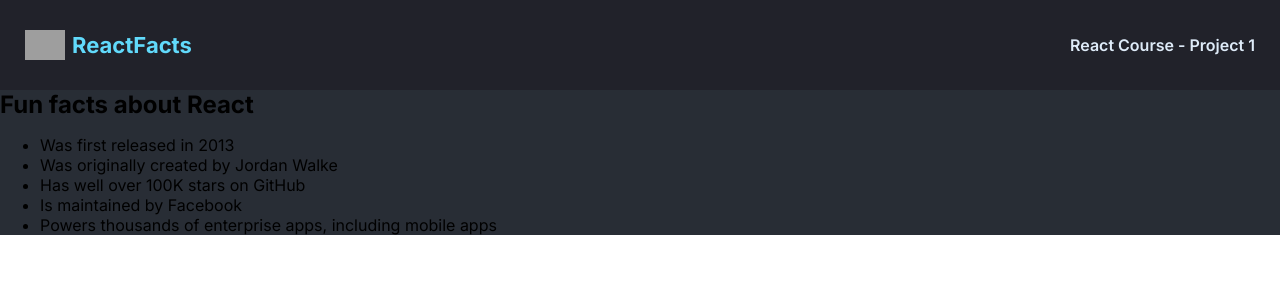
Repository: evemcd/scrimba-react2
Page: / (app in vite-react/)
An editor plug-in stored every save of this project. The page is shown before and after the next save, followed by the edit.
The browser window is 1280 px wide. The pictures show the whole page.
Pictures or frames that could not be fetched are drawn as grey boxes. The project was rebuilt for these pictures with package versions that can differ from the ones it lists, and the page was loaded fresh each time. Also part of the build but not shown: vite-react/vite.config.js.

Above is the page before, as saved 2023-08-04 12:02:24.

### vite-react/index.html
<!doctype html>
<html lang="en">

<head>
  <meta charset="UTF-8" />
  <meta name="viewport" content="width=device-width, initial-scale=1.0" />
  <link rel="preconnect" href="https://fonts.googleapis.com">
  <link rel="preconnect" href="https://fonts.gstatic.com" crossorigin>
  <link
    href="https://fonts.googleapis.com/css2?family=Inter:wght@400;600;700&family=Roboto+Condensed:wght@300;400;700&family=Roboto:ital,wght@0,400;0,700;0,900;1,300&display=swap"
    rel="stylesheet">
  <link rel="stylesheet" href="./src/index.css">
  <title>ReactFacts</title>
</head>

<body>
  <div id="root"></div>
  <script type="module" src="/src/index.jsx"></script>
</body>

</html>

### vite-react/src/index.css
* {
  box-sizing: border-box;
}

body {
  margin: 0;
  font-family: Inter, sans-serif;
}

nav {
  display: flex;
  align-items: center;
  background-color: #21222A;
  height: 90px;
  padding: 30px 25px;
}

.nav--icon {
  height: 30px;
  margin-right: 7px;
}

.nav--logo_text {
  color: #61DAFB;
  margin: 0;
  margin-right: auto;
  font-weight: 700;
  font-size: 22px;
}

.nav--title {
  margin: 0;
  color: #DEEBF8;
  font-weight: 600;
}

.main {
  background-color: #282D35;
}

.main>h2 {
  margin: 0;
}

### vite-react/src/index.jsx
import React from 'react'
import ReactDOM from 'react-dom'
import App from './App.jsx'



ReactDOM.render(
  <App />,
  document.getElementById('root'))

### vite-react/src/App.jsx
import React from 'react'
import Navbar from './components/Navbar.jsx'
import Main from './components/Main.jsx'

export default function App() {
    return (
        <div className="container">
            <Navbar />
            <Main />
        </div>
    )
}

### vite-react/src/components/Navbar.jsx
import '../index.css'

export default function Navbar() {
    return (
        <nav>
            <img src="../../public/img/react-logo.png" className='nav--icon' />
            <h3 className='nav--logo_text'>ReactFacts</h3>
            <h4 className='nav--title'>React Course - Project 1</h4>
        </nav>
    )
}

### vite-react/src/components/Main.jsx
export default function Main() {
    return (
        <main className="main">
            <h2>Fun facts about React</h2>
            <ul>
                <li>Was first released in 2013</li>
                <li>Was originally created by Jordan Walke</li>
                <li>Has well over 100K stars on GitHub</li>
                <li>Is maintained by Facebook</li>
                <li>Powers thousands of enterprise apps, including mobile apps</li>
            </ul>
        </main>
    )
}

After the next save:
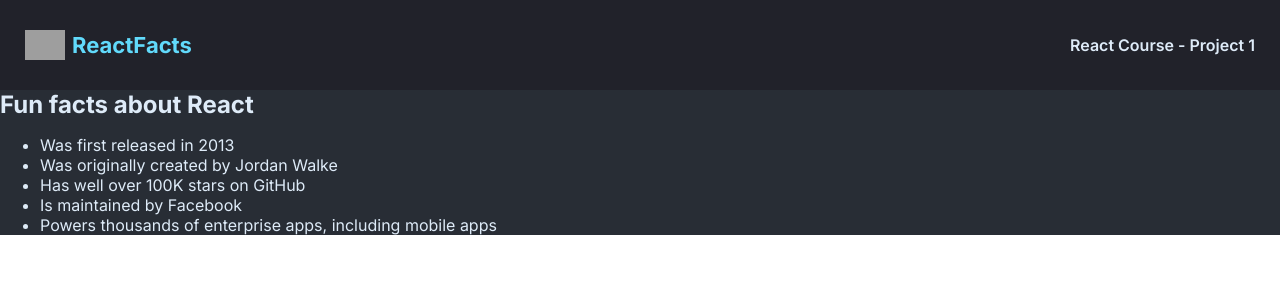
Saved 44 s later.
--- a/vite-react/src/index.css
+++ b/vite-react/src/index.css
@@ -36,6 +36,7 @@ nav {
 
 .main {
   background-color: #282D35;
+  color: #DEEBF8;
 }
 
 .main>h2 {
